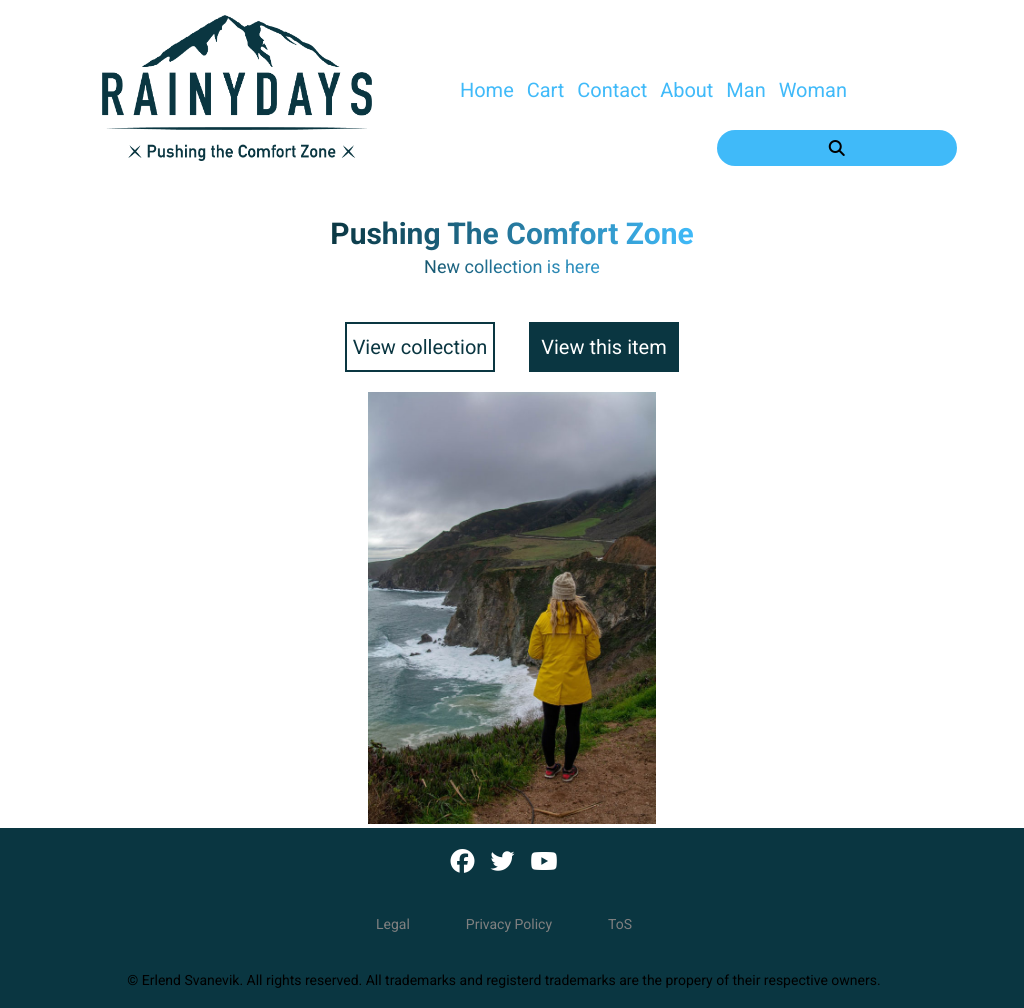
Repository: EpleWasTaken/RainyDays
Page: index.html
These files come from the project's save history. The page is drawn as it stood at one moment and after the next save; the edit follows.
The browser window is 1024 px wide. The pictures show the whole page.
Some web libraries are served in a nearby version.

Above is the page before, as saved 2020-10-31 17:08:17.

### index.html
<!DOCTYPE html>
<html lang="en">

<head>
  <title>Front Page</title>
  <meta charset="UTF-8">
  <meta name="viewport" content="width=device-width, initial-scale=1.0" />
  <link rel="stylesheet" href="https://fonts.googleapis.com/css2?family=Roboto:wght@400;700&display=swap" />
  <link rel="stylesheet" href="/css/styles.css" />
  <link rel="stylesheet" href="/css/footer.css" />
  <script src="https://kit.fontawesome.com/cafca22d75.js" crossorigin="anonymous"></script>
</head>

<!--NAV / LOGO / SEACHBAR-->

<body>
  <header>
    <div class="logo-container">
      <a href="index.html">
      <img src="./images/RainyDays_Logo.png" class="logo" alt="logo">
    </div>

    <nav>
      <ul class="nav-links">
        <li><a class="nav-link" href="index.html">Home</a></li>
        <li><a class="nav-link" href="cart.html">Cart</a></li>
        <li><a class="nav-link" href="contact.html">Contact</a></li>
        <li><a class="nav-link" href="about.html">About</a></li>
        <li><a class="nav-link" href="man.html">Man</a></li>
        <li><a class="nav-link" href="woman.html">Woman</a></li>
      </ul>
    </nav>
    <div class="search-box">
      <input class="search-txt" type="text" name="" placeholder="Type to search..." <a class="search-btn" href="#0">
      <i class="fas fa-search"></i>
      </a>
    </div>
  </header>

<!--CONTENT-->

  <main>
    <section class="presentation">
      <div class="introduction">
        <div class="slogan-text">
          <h1>Pushing The Comfort Zone</h1>
          <p>
            New collection is here
          </p>
        </div>
        <div class="cta">
          <button class="cta-col">View collection</button>
          <button class="cta-view">View this item</button>
        </div>
      </div>
      <div class="cover">
        <img src="/images/Rain5new.jpg" alt="yellow-jacket">
      </div>
    </section>
  </main>

<!--FOOTER-->

  <footer class="footer">
    <div class="footer-container">
      <ul class="footer-social">
        <li>
          <a href="#0" class="facebook"><i class="fab fa-facebook"></i></a>
        </li>
        <li>
          <a href="#0" class="twitter"><i class="fab fa-twitter"></i></a>
        </li>
        <li>
          <a href="#0" class="youtube"><i class="fab fa-youtube"></i></a>
        </li>
      </ul>
    </div>
    <div class="footer-container">
      <div class="footer-legal">
        <a href="#0">Legal</a>
        <a href="#0">Privacy Policy</a>
        <a href="#0">ToS</a>
      </div>
      <div class="footer-copyright">
        <p>&copy; Erlend Svanevik. All rights reserved. All trademarks and registerd trademarks are the propery of
        their respective owners.</p>
      </div>
  </footer>

</body>

</html>

### css/styles.css
* {
	margin: 0;
	padding: 0;
	box-sizing: border-box;
}

body {
	font-family: "Roboto", sans-serif;
}

button {
	font-family: "Roboto", sans-serif;
}

header {
	display: flex;
	width: 80%;
	height: 25vh;
	margin: auto;
	align-items: center;
}

.logo-container,
.nav-links,
.search {
	display: flex;
}

.logo-container {
	flex: 1;
}

.logo {
	width: 300px;
}

nav {
	display: flex;
	flex: 4;
	justify-content: center;
	align-items: center;
	margin: auto;
}

.nav-links {
	justify-content: space-between;
	list-style: none;
	height: 30px;
	align-items: center;
	width: 600px;
}

.nav-link {
	display: flex;
	color: #40baf9;
	font-size: 20px;
	text-decoration: none;
}

.search {
	flex: 1;
	justify-content: flex-end;
}

.presentation {
	display: flex;
	width: 80%;
	margin: auto;
	min-height: 80vh;
	align-items: center;
}

.introduction {
	flex: 1;
}

.slogan-text {
	font-size: 30px;
	font-weight: 500;
	background: linear-gradient(to right, #0a3641, #40baf9);
	-webkit-background-clip: text;
	-webkit-text-fill-color: transparent;
}

.slogan-text p {
	margin: 5px;
	font-size: 22px;
	color: grey;
}

.cta {
	padding: 50px 50px 0px 0px;
}

.cta-col {
	border: 2px solid #0a3641;
	background: transparent;
	color: #0a3641;
	width: 150px;
	height: 50px;
	cursor: pointer;
	font-size: 20px;
}

.cta-view {
	background: #0a3641;
	width: 150px;
	height: 50px;
	cursor: pointer;
	font-size: 20px;
	border: none;
	color: white;
	margin: 30px 0px 0px 30px;
}

.cover {
	flex: 1;
}

.cover img {
	height: 60vh;
}

/* SEARCHBAR */

.search-box {
	position: absolute;
	top: 18%;
	left: 60%;
	transform: translate(-50%, -50%);
	background: #40baf9;
	height: 36px;
	border-radius: 40px;
	padding: 10px;
	display: flex;
	justify-content: center;
	align-items: center;
}

.search-txt {
	border: none;
	background: none;
	outline: none;
	float: left;
	padding: 0;
	color: black;
	font-size: 16px;
	transition: 0.4s;
	line-height: 40px;
	width: 0px;
}

.search-box:hover > .search-txt {
	width: 240px;
	padding: 0 6px;
}

::placeholder {
	color: black;
}

.search-btn {
	color: #0a3641;
	float: right;
	width: 40px;
	height: 40px;
	border-radius: 50%;
}

.search-btn i {
	cursor: pointer;
}

@media screen and (max-width: 1024px) {
	.presentation {
		flex-direction: column;
	}

	.introduction {
		margin-top: 5vh;
		text-align: center;
	}

	.slogan-text h1 {
		font-size: 30px;
	}

	.slogan-text p {
		font-size: 18px;
	}

	.cta {
		padding: 10px 0px 20px 0px;
	}

	.logo {
		width: 270px;
	}

	.search-box {
		top: 18%;
		left: 70%;
		transform: none;
		width: 240px;
	}

	.nav-links {
		width: 400px;
	}
}

### css/footer.css
/* FOOTER */

footer {
	display: flex;
	flex-direction: column;
	justify-content: center;
	align-items: center;
	background-color: #0a3641;
	position: relative;
	bottom: 0;
	left: 0;
	right: 0;
}

.footer-social {
	display: flex;
	align-items: center;
	justify-content: center;
	list-style: none;
	padding: 20px;
	font-size: 1.5rem;
}

.footer-social li {
	margin-right: 1rem;
}

.footer-social a {
	text-decoration: none;
	color: white;
}

.footer-social li a.facebook:hover {
	color: #3b5998;
}

.footer-social li a.twitter:hover {
	color: #00acee;
}

.footer-social li a.youtube:hover {
	color: #c4302b;
}

.footer-legal {
	display: flex;
	justify-content: center;
	align-items: center;
	font-size: 2rem;
}

.footer-legal a {
	color: grey;
	text-decoration: none;
	margin-right: 1rem;
	font-size: 14px;
	padding: 20px;
}

.footer-legal a:hover {
	color: white;
}

.footer-copyright p {
	display: flex;
	text-decoration: none;
	margin-right: 1rem;
	font-size: 14px;
	padding: 20px;
}

/* MEDIA QUERIES */

@media screen and (max-with: 1024px) {
	footer .footer_container {
		flex-direction: row;
	}

	footer .footer_container.flex {
		display: unset;
	}

	.footer-container {
	}
}

After the next save:
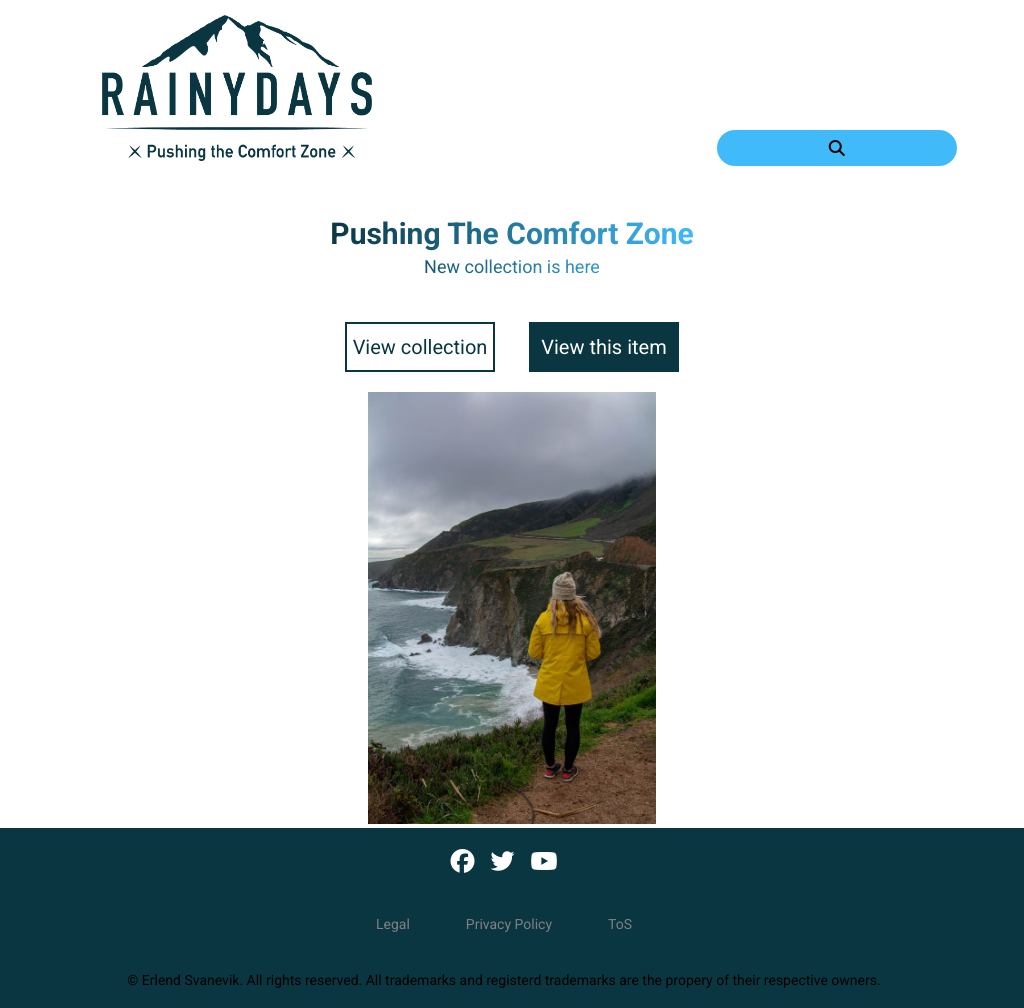
Saved 74 s later.
--- a/css/styles.css
+++ b/css/styles.css
@@ -207,4 +207,8 @@ nav {
 	.nav-links {
 		width: 400px;
 	}
-}
+
+	nav {
+		display: none;
+	}
+}
